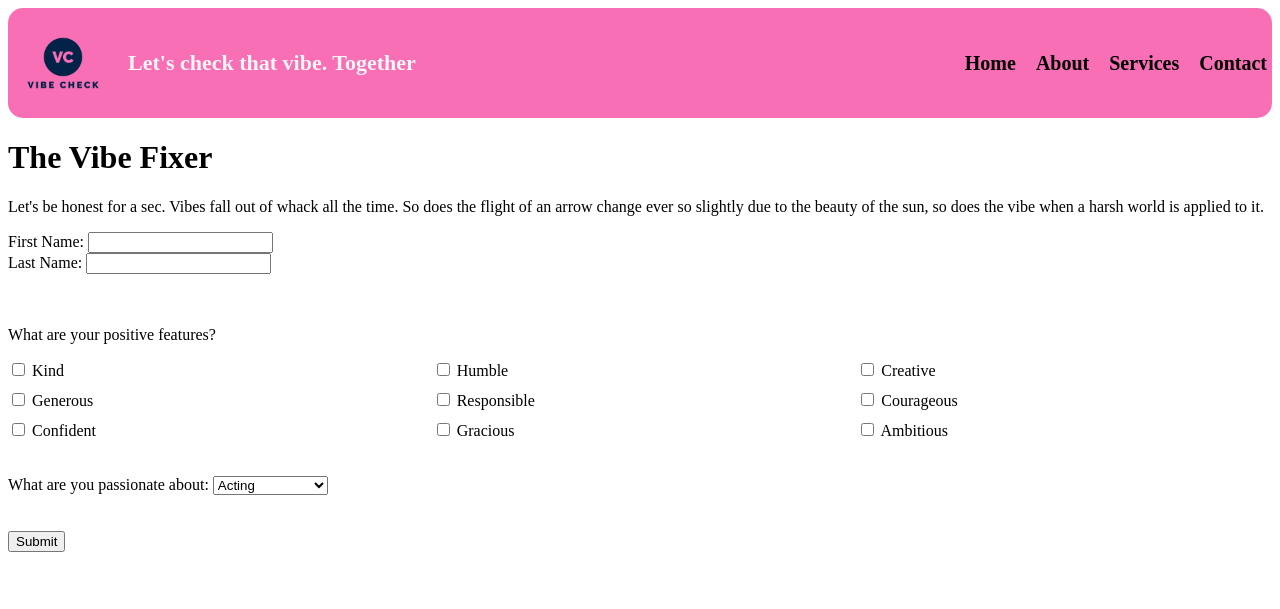
Repository: Chadloswald/Dis-Service
Page: docs/index.html
These files come from the project's save history. The page is drawn as it stood at one moment and after the next save; the edit follows.
The browser window is 1280 px wide. The pictures show the whole page.

Above is the page before, as saved 2023-05-02 11:00:56.

After the next save:
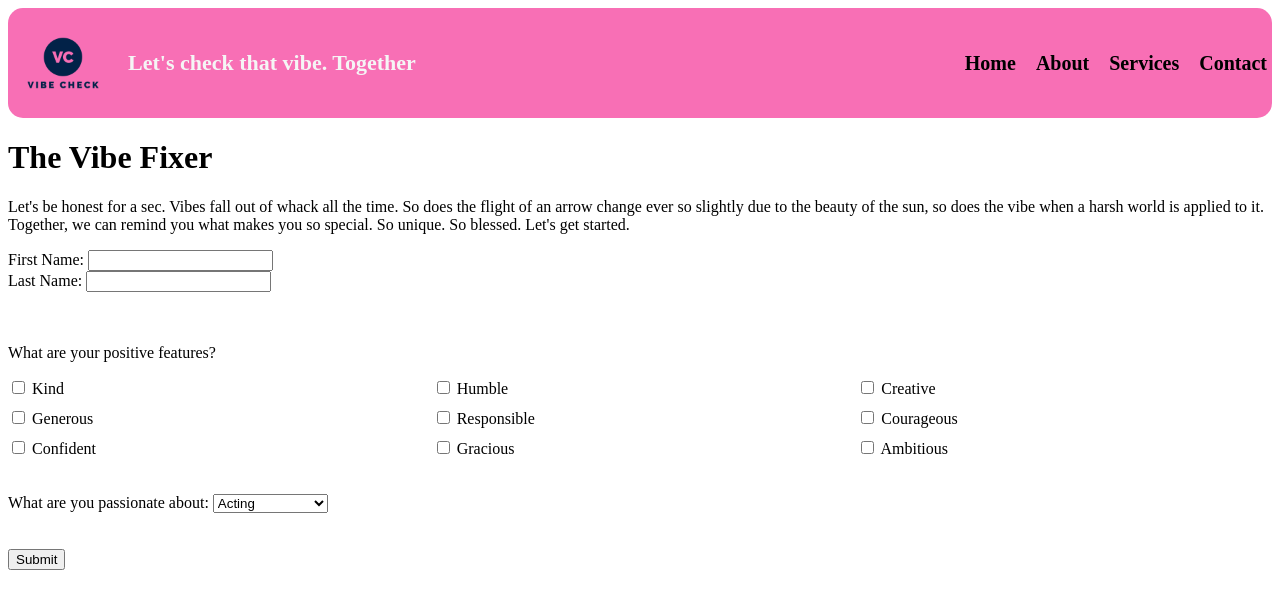
Saved 102 s later.
--- a/docs/index.html
+++ b/docs/index.html
@@ -21,7 +21,7 @@
 		</nav>
 	  </header>
 	<h1>The Vibe Fixer</h1>
-	  <p>Let's be honest for a sec. Vibes fall out of whack all the time. So does the flight of an arrow change ever so slightly due to the beauty of the sun, so does the vibe when a harsh world is applied to it.</p>
+	  <p>Let's be honest for a sec. Vibes fall out of whack all the time. So does the flight of an arrow change ever so slightly due to the beauty of the sun, so does the vibe when a harsh world is applied to it. Together, we can remind you what makes you so special. So unique. So blessed. Let's get started.</p>
 	<form>
 
 		<label>
